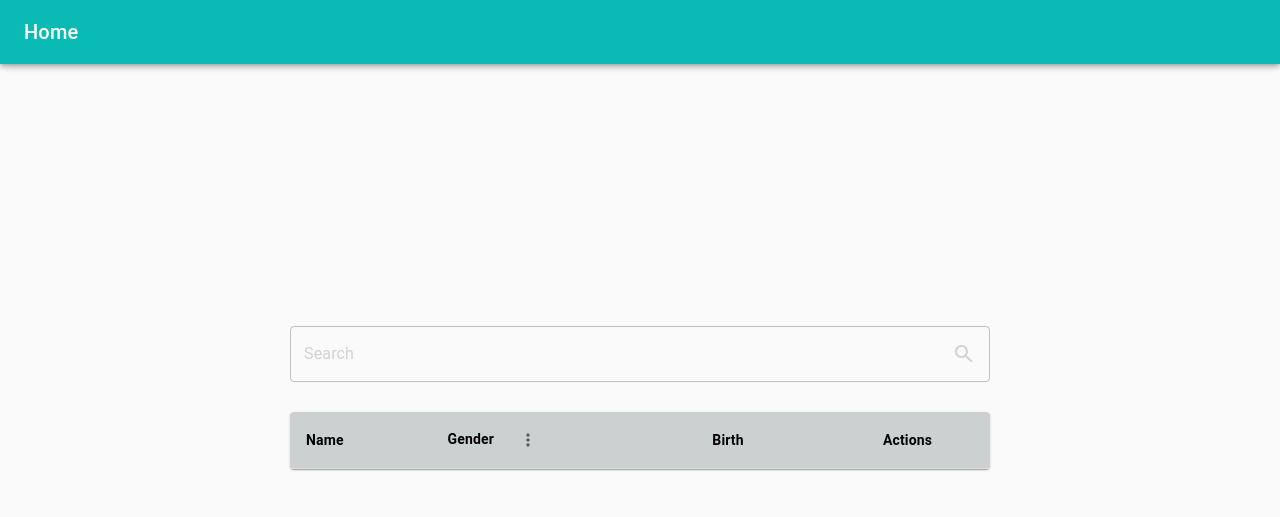
Repository: GabrielBrandaoProjetos/patient-manager
Page: /
These files come from the project's save history. The page is drawn as it stood at one moment and after the next save; the edit follows.
The browser window is 1280 px wide. The pictures show the whole page.
The page's requests for data from a server got no answer. The project was rebuilt for these pictures with package versions that can differ from the ones it lists, and the page was loaded fresh each time. No one was signed in, and anything a server would have sent is missing. Also part of the build but not shown: src/components/Modal/PatientModal.style.ts, src/components/Modal/PatientModal.tsx, src/components/InfiniteScroll/InfiniteScroll.tsx.

Above is the page before, as saved 2021-09-18 22:29:02.

### public/index.html
<!DOCTYPE html>
<html lang="en">
  <head>
    <meta charset="utf-8" />
    <meta name="viewport" content="minimum-scale=1, width=device-width, initial-scale=1" />
    <meta name="theme-color" content="#000000" />

    <title>React App</title>
  </head>
  <body>
    <noscript>You need to enable JavaScript to run this app.</noscript>
    <div id="root"></div>
  </body>
</html>

### src/App.tsx
import React from 'react';
import { CssBaseline } from '@material-ui/core';
import { Home } from './pages/Home/Home';
import { TableProvider } from './contexts/TableContext';
import { Router } from './routes';


function App() {
  return (
    <>
    <TableProvider>
      <CssBaseline />
      <Router/>
    </TableProvider>
    </>
  );
}

export default App;

### src/contexts/TableContext.tsx
import { createContext, useContext, useEffect, useState } from "react";
import { searchPatients } from "../services/api";

interface TableContextData{
	patients: any[]
  patientDetails: any
  isActiveFilterString: boolean
  isActiveFilterGender: boolean
  loadingMore: () => void
  filterByString: (value: string) => void
  handlePatientDetails: (patient: Object) => void
  getPatientByID: (id: string) => void
  getPatientByGender: (gender: string) => void
  handleIsActiveFilterString: (value: boolean) => void
  handleIsActiveFilterGender: (value: boolean) => void
  clearFilterByGender: () => void
}

const TableContext = createContext<TableContextData>({} as TableContextData)

export const TableProvider: React.FC = ({children}) => {
  const [data, setData] = useState<any[]>([])
  const [patients, setPatients] = useState<any[]>([])
  const [patientDetails, setPatientDetails] = useState<any>(null)
  const [patientsFilteredByString, setPatientsFilteredByString] = useState<any[]>([])
  const [patientsFilteredByGender, setPatientsFilteredByGender] = useState<any[]>([])
  const [isActiveFilterString, setIsActiveFilterString] = useState(false)
  const [isActiveFilterGender, setIsActiveFilterGender] = useState(false)
  const [page, setPage] = useState(0)

  useEffect(() => {
    handleSearchPatients()
  }, [])

  async function handleSearchPatients() {
    const {results, info} = await searchPatients(page)
    setPatients(results)
    setData(results)
    setPage(info.page)
  }

  async function loadingMore() {
    const {results, info} = await searchPatients(page+1)

    setPatients([...patients, ...results])
    setData([...patients, ...results])
    setPage(info.page)
  }

  function filterByString(value: string) {
    const [str, nat] = value.split(" ")

    if(value){
      if(str && nat){
        if(patientsFilteredByGender.length > 0){
          const newList = patientsFilteredByGender.filter((patient) => {
            const name = patient.name.first
            if(name.includes(str, 0) && patient.nat === nat){
              return true
            }else{
              return false
            }
          })
          setPatients(newList)
        }else{
          const newList = data.filter((patient) => {

            const name = patient.name.first
            if(name.includes(str, 0) && patient.nat === nat){
              return true
            }else{
              return false
            }
          })
          setPatients(newList)
          setPatientsFilteredByString(newList)
        }
      }else{
        ////////
        if(patientsFilteredByGender.length > 0){
          const newList = patientsFilteredByGender.filter((patient) => {
            const name = patient.name.first
            if(name.includes(value, 0)){
              return true
            }else{
              return false
            }
          })
          setPatients(newList)
        }else{
          const newList = data.filter((patient) => {
            const name = patient.name.first
            if(name.includes(value, 0)){
              return true
            }else{
              return false
            }
          })
          setPatients(newList)
          setPatientsFilteredByString(newList)
        }
        ////////
      }
    }else{
      if(patientsFilteredByGender.length > 0){
        handleIsActiveFilterString(false)
        setPatients(patientsFilteredByGender)
        setPatientsFilteredByString([])
      }else{
        handleIsActiveFilterString(false)
        setPatients(data)
        setPatientsFilteredByString([])
      }
    }
  }

  function getPatientByGender(gender: string){
    if(patientsFilteredByString.length > 0){
      const newList = patientsFilteredByString.filter((patient) => {
        if(patient.gender === gender){
          return true
        }else{
          return false
        }
      })
      setPatients(newList)
    }else{
      const newList = data.filter((patient) => {
        if(patient.gender === gender){
          return true
        }else{
          return false
        }
      })
      setPatients(newList)
      setPatientsFilteredByGender(newList)
    }
  }

  function handlePatientDetails(patient: Object) {
    setPatientDetails(patient)
  }

  function getPatientByID(id: string){
    patients.forEach((patient) => {
      if(patient.id.value === id){
        setPatientDetails(patient)
      }
    })
  }

  function handleIsActiveFilterString(value: boolean){
    setIsActiveFilterString(value)
  }

  function handleIsActiveFilterGender(value: boolean){
    setIsActiveFilterGender(value)
  }

  function clearFilterByGender() {
    if(patientsFilteredByString.length > 0){
      setPatients(patientsFilteredByString)
      handleIsActiveFilterGender(false)
      setPatientsFilteredByGender([])
    }else{
      setPatientsFilteredByGender([])
      setPatients(data)
      handleIsActiveFilterGender(false)
    }
  }

  return (
    <TableContext.Provider value={{
      patients,
      patientDetails,
      isActiveFilterString,
      isActiveFilterGender,
      loadingMore,
      filterByString,
      handlePatientDetails,
      getPatientByID,
      getPatientByGender,
      handleIsActiveFilterString,
      handleIsActiveFilterGender,
      clearFilterByGender
    }}>
      {children}
    </TableContext.Provider>
  )
}

export function useTableContext(){
	const context = useContext(TableContext)
	return context
}

### src/routes.tsx

import { BrowserRouter, Switch, Route } from "react-router-dom";
import PatientModal from "./components/Modal/PatientModal";
import { Home } from "./pages/Home/Home";



export function Router(){
  return (
    <BrowserRouter>
      <Switch>
        <Route path="/:id" />
        {/* <Route path="/home/patient" component={Home}/> */}
        <Route path="" exact component={Home} />
      </Switch>
    </BrowserRouter>
  )
}

### src/services/api.ts
import axios from 'axios';

const api = axios.create({
    baseURL: 'https://randomuser.me/api/',
})


export async function searchPatients(page: number){
  const response = await api.get(`?seed=test&results=50&page=${page}`)
  return response.data
}

### src/pages/Home/Home.tsx
import React, { useRef } from 'react';
import { AppBar, FormControl, InputAdornment, InputLabel, OutlinedInput, Toolbar, Typography } from '@material-ui/core';
import {Search} from '@material-ui/icons';
import { useTableContext } from '../../contexts/TableContext';
import PatientModal, { ModalHandles} from '../../components/Modal/PatientModal';
import {BrowserRouter as Router, Route, Switch} from "react-router-dom"
import { TablePatients } from '../../components/TablePatients/TablePatients';

import { useStyles } from './Home.style';




export const Home = () => {
  const classes = useStyles();

  const { filterByString, handleIsActiveFilterString } = useTableContext()
  const modalRef = useRef<ModalHandles>(null)
  const timeoutRef = useRef<any>(null)

  function handleFilterByString(value: string) {
    clearTimeout(timeoutRef.current)
    timeoutRef.current = setTimeout(() => {
      handleIsActiveFilterString(true)
      filterByString(value.trim())
    }, 500)
  }

  return(
    <Router>
    <div className={classes.root}>
      <AppBar className={classes.header}>
        <Toolbar>
          <Typography variant="h6" className={classes.title}>
            Home
          </Typography>
        </Toolbar>
      </AppBar>

      <FormControl className={classes.form} variant="outlined">
        <InputLabel className={classes.inputLabel} htmlFor="search">Search</InputLabel>
        <OutlinedInput
          placeholder="Ex: 'Areta' ou 'Areta BR'"
          id="search"
          type="search"
          onChange={(e) => handleFilterByString(e.target.value)}
          endAdornment={
            <InputAdornment position="end">
              <Search className={classes.search}/>
            </InputAdornment>
          }
          labelWidth={70}
        />
      </FormControl>

      <TablePatients/>


          {/* <PatientModal ref={modalRef}/> */}

      <Switch>
        <Route path="/:id">
          <PatientModal ref={modalRef}/>
        </Route>
      </Switch>
    </div>
    </Router>
  )
}

### src/components/TablePatients/TablePatients.tsx
import { TableContainer, Paper, Table, TableHead, TableRow, TableCell, IconButton, Button, TableBody } from "@material-ui/core"
import { MoreVert, CloseRounded, ReplayRounded } from "@material-ui/icons"
import { format, parseJSON } from "date-fns"
import { useEffect, useRef, useState } from "react"
import { Link } from "react-router-dom"
import { InfiniteScroll } from "../InfiniteScroll/InfiniteScroll"

import { ModalHandles} from '../../components/Modal/PatientModal';
import { useTableContext } from "../../contexts/TableContext"
import { useStyles } from "../../pages/Home/Home.style"

interface Patient {
  id:{
    value: string;
  }
  login:{
    uuid: string;
  }
  name: {
    title: string;
    first: string;
    last: string;
  }
  gender: string;
  dob: {
    date: string;
  }
}

export const TablePatients = () => {
  const classes = useStyles();

  const {
    patients,
    isActiveFilterString,
    isActiveFilterGender,
    loadingMore,
    handlePatientDetails,
    getPatientByGender,
    handleIsActiveFilterGender,
    clearFilterByGender
  } = useTableContext()
  const [showChooseGender, setShowChooseGender] = useState(false)
  const [loading, setLoading] = useState(false)
  const modalRef = useRef<ModalHandles>(null)

  useEffect(() => {
    setLoading(false)
  }, [patients])

  function handleFilterByGender(gender: string){
    handleIsActiveFilterGender(true)
    getPatientByGender(gender)
    setShowChooseGender(false)
  }

  function handleOpenModal(patient: Object) {
    handlePatientDetails(patient)
    modalRef.current?.openModal()
  }

  function fetchMore() {
    setLoading(true)
    loadingMore()
  }

  return(
    <>
      <TableContainer component={Paper} className={classes.tableContainer}>
        <Table>
          <TableHead>
            <TableRow className={classes.row}>
              <TableCell className={classes.cellHeader}>Name</TableCell>
              <TableCell className={`${classes.cellGender} ${classes.cellHeader}`}>
                Gender
                <IconButton
                  className={classes.buttonMoreVert}
                  onClick={() => setShowChooseGender(!showChooseGender)}
                >
                  <MoreVert className={classes.moreVert}/>
                </IconButton>
                {isActiveFilterGender && (
                  <IconButton
                    className={classes.buttonClose}
                    onClick={clearFilterByGender}
                  >
                    <CloseRounded className={classes.close}/>
                  </IconButton>
                )}
                {showChooseGender && (
                  <div className={classes.chooseGender}>
                    <Button onClick={() => handleFilterByGender("male")}>Male</Button>
                    <Button onClick={() => handleFilterByGender("female")}>Female</Button>
                  </div>
                )}
              </TableCell>
              <TableCell className={classes.cellHeader}>Birth</TableCell>
              <TableCell align="center" className={classes.cellHeader}>Actions</TableCell>
            </TableRow>
          </TableHead>
          <TableBody>
            {patients.map((patient: Patient) => (
              <TableRow key={patient.login.uuid} className={classes.rowBody}>
                <TableCell component="th" className={classes.cellBody}>
                  {patient.name.title}. {patient.name.first} {patient.name.last}
                </TableCell>
                <TableCell className={classes.cellBody}>{patient.gender}</TableCell>
                <TableCell className={classes.cellBody}>
                  {format(parseJSON(patient.dob.date), 'dd-MM-yyyy')}
                </TableCell>
                <TableCell align="center" className={classes.actions}>
                  <Button
                    variant="contained"
                    disableElevation
                    className={classes.buttonShow}
                    onClick={() => handleOpenModal(patient)}
                  >
                    <Link
                      to={patient?.id?.value ? patient?.id?.value : "/ "}
                      className={classes.link}
                    >show</Link>
                  </Button>
                </TableCell>
              </TableRow>
            )
            )}
          </TableBody>
        </Table>
          {patients.length > 0 && !loading && !isActiveFilterString && !isActiveFilterGender && (
            <InfiniteScroll fetchMore={fetchMore}/>
          )}
      </TableContainer>

      {loading && (
        <div className={classes.loading}>
          <ReplayRounded/>
          Loading more
        </div>
      )}
    </>
  )
}

### src/pages/Home/Home.style.ts
import { createStyles, makeStyles, Theme } from '@material-ui/core/styles';


export const useStyles = makeStyles((theme: Theme) =>
createStyles({
  root: {
    width: '100vw',
    height: '100vh',
    display: 'flex',
    flexDirection: 'column',
    alignItems: 'center',
    justifyContent: 'center',
    padding: "0 16px"
  },
  header: {
    backgroundColor: "#0abab5"
  },
  title: {
    flexGrow: 1,
  },
  form: {
    maxWidth: 700,
    width: "100%",
    marginTop: 94,
  },
  inputLabel: {
    color: "#d2d2d2"
  },
  search: {
    color: "#d2d2d2",
  },
  tableContainer: {
    maxWidth: 700,
    width: "100%",

    marginTop: 30,
    marginBottom: 20,
    backgroundColor: "#fafafa",
  },
  row: {
    color: "black",
    background: "#cbd0d0",
  },
  rowBody: {
    '&:nth-of-type(odd)': {
      backgroundColor: "#f2f2f2",
    }
  },
  cellHeader: {
    color: "black",
    fontWeight: "bold",
    position: "relative"
  },
  cellGender: {
    padding: "0 16px",
  },
  buttonMoreVert: {
    padding: 8,
    marginLeft: 16
  },
  moreVert: {
    fontSize: 20,
  },
  buttonClose: {
    padding: 8,
  },
  close: {
    fontSize: 16,
  },
  chooseGender: {
    position: "absolute",
    display: "flex",
    flexDirection: "column",
    backgroundColor: theme.palette.background.paper,
    borderRadius: '5px',
    boxShadow: theme.shadows[5],
    padding: theme.spacing(2, 1, 2),
  },
  cellBody: {
    color: "black",
  },
  actions: {
    padding: 0
  },
  link:{
    color: "white",
    textDecoration: "none"
  },
  buttonShow: {
    padding: "4px 16px",
    textTransform: "none",
    background: "#0abab5",
  },
  loading: {
    display: "flex",
    alignItems: "center",
    color: "#78797a",
    gap: 8,
    textTransform: "uppercase",
  },
}),
);

### src/components/TablePatients/TablePatients.style.ts
import { createStyles, makeStyles, Theme } from '@material-ui/core/styles';


export const useStyles = makeStyles((theme: Theme) =>
createStyles({
  tableContainer: {
    maxWidth: 700,
    width: "100%",

    marginTop: 30,
    marginBottom: 20,
    backgroundColor: "#fafafa",
  },
  row: {
    color: "black",
    background: "#cbd0d0",
  },
  rowBody: {
    '&:nth-of-type(odd)': {
      backgroundColor: "#f2f2f2",
    }
  },
  cellHeader: {
    color: "black",
    fontWeight: "bold",
    position: "relative"
  },
  cellGender: {
    padding: "0 16px",
  },
  buttonMoreVert: {
    padding: 8,
    marginLeft: 16
  },
  moreVert: {
    fontSize: 20,
  },
  buttonClose: {
    padding: 8,
  },
  close: {
    fontSize: 16,
  },
  chooseGender: {
    position: "absolute",
    display: "flex",
    flexDirection: "column",
    backgroundColor: theme.palette.background.paper,
    borderRadius: '5px',
    boxShadow: theme.shadows[5],
    padding: theme.spacing(2, 1, 2),
  },
  cellBody: {
    color: "black",
  },
  actions: {
    padding: 0
  },
  link:{
    color: "white",
    textDecoration: "none"
  },
  buttonShow: {
    padding: "4px 16px",
    textTransform: "none",
    background: "#0abab5",
  },
  loading: {
    display: "flex",
    alignItems: "center",
    color: "#78797a",
    gap: 8,
    textTransform: "uppercase",
  },
})
)

Loaded but not shown: src/index.tsx (common file); src/reportWebVitals.ts (common file)

After the next save:
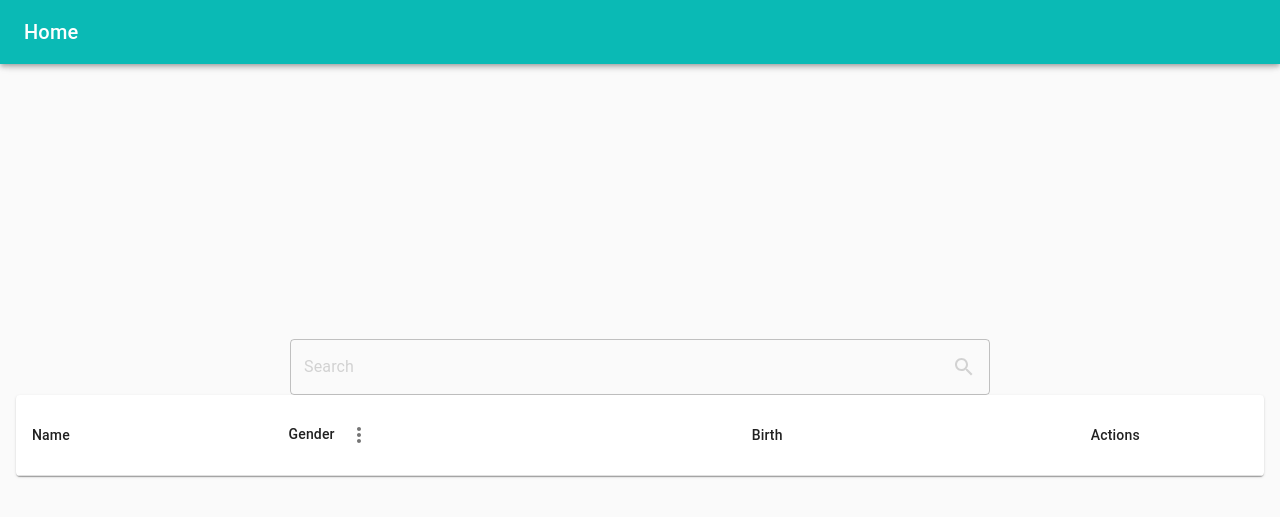
Saved 6 s later.
--- a/src/pages/Home/Home.style.ts
+++ b/src/pages/Home/Home.style.ts
@@ -29,74 +29,5 @@ createStyles({
   search: {
     color: "#d2d2d2",
   },
-  tableContainer: {
-    maxWidth: 700,
-    width: "100%",
-
-    marginTop: 30,
-    marginBottom: 20,
-    backgroundColor: "#fafafa",
-  },
-  row: {
-    color: "black",
-    background: "#cbd0d0",
-  },
-  rowBody: {
-    '&:nth-of-type(odd)': {
-      backgroundColor: "#f2f2f2",
-    }
-  },
-  cellHeader: {
-    color: "black",
-    fontWeight: "bold",
-    position: "relative"
-  },
-  cellGender: {
-    padding: "0 16px",
-  },
-  buttonMoreVert: {
-    padding: 8,
-    marginLeft: 16
-  },
-  moreVert: {
-    fontSize: 20,
-  },
-  buttonClose: {
-    padding: 8,
-  },
-  close: {
-    fontSize: 16,
-  },
-  chooseGender: {
-    position: "absolute",
-    display: "flex",
-    flexDirection: "column",
-    backgroundColor: theme.palette.background.paper,
-    borderRadius: '5px',
-    boxShadow: theme.shadows[5],
-    padding: theme.spacing(2, 1, 2),
-  },
-  cellBody: {
-    color: "black",
-  },
-  actions: {
-    padding: 0
-  },
-  link:{
-    color: "white",
-    textDecoration: "none"
-  },
-  buttonShow: {
-    padding: "4px 16px",
-    textTransform: "none",
-    background: "#0abab5",
-  },
-  loading: {
-    display: "flex",
-    alignItems: "center",
-    color: "#78797a",
-    gap: 8,
-    textTransform: "uppercase",
-  },
 }),
 );

After the save that followed:
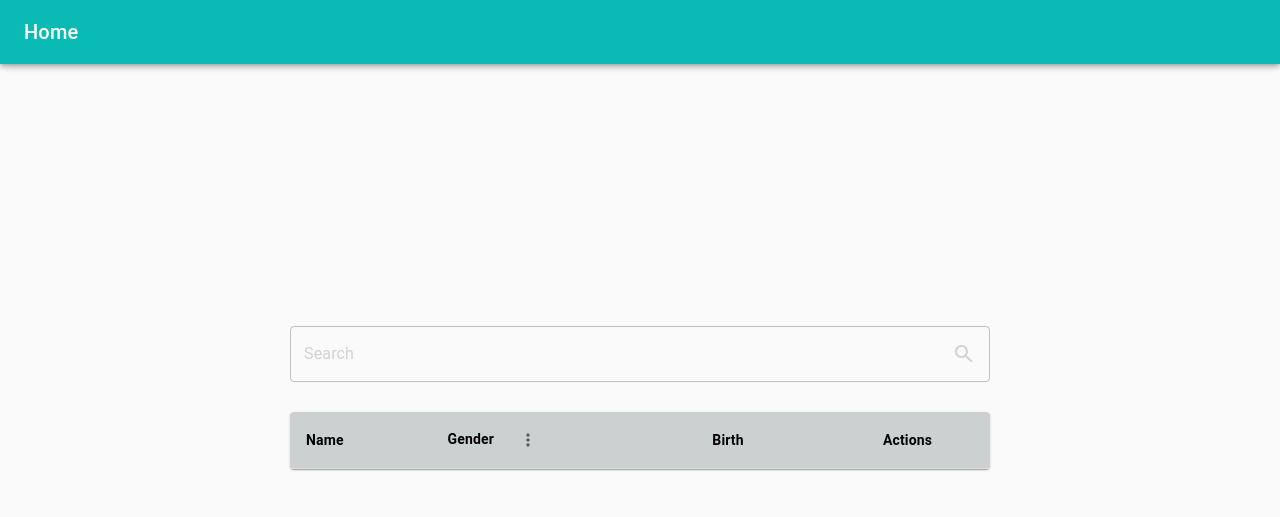
Saved 44 s later.
--- a/src/components/TablePatients/TablePatients.tsx
+++ b/src/components/TablePatients/TablePatients.tsx
@@ -4,10 +4,11 @@ import { format, parseJSON } from "date-fns"
 import { useEffect, useRef, useState } from "react"
 import { Link } from "react-router-dom"
 import { InfiniteScroll } from "../InfiniteScroll/InfiniteScroll"
-
 import { ModalHandles} from '../../components/Modal/PatientModal';
 import { useTableContext } from "../../contexts/TableContext"
-import { useStyles } from "../../pages/Home/Home.style"
+
+import { useStyles } from "./TablePatients.style"
+
 
 interface Patient {
   id:{
